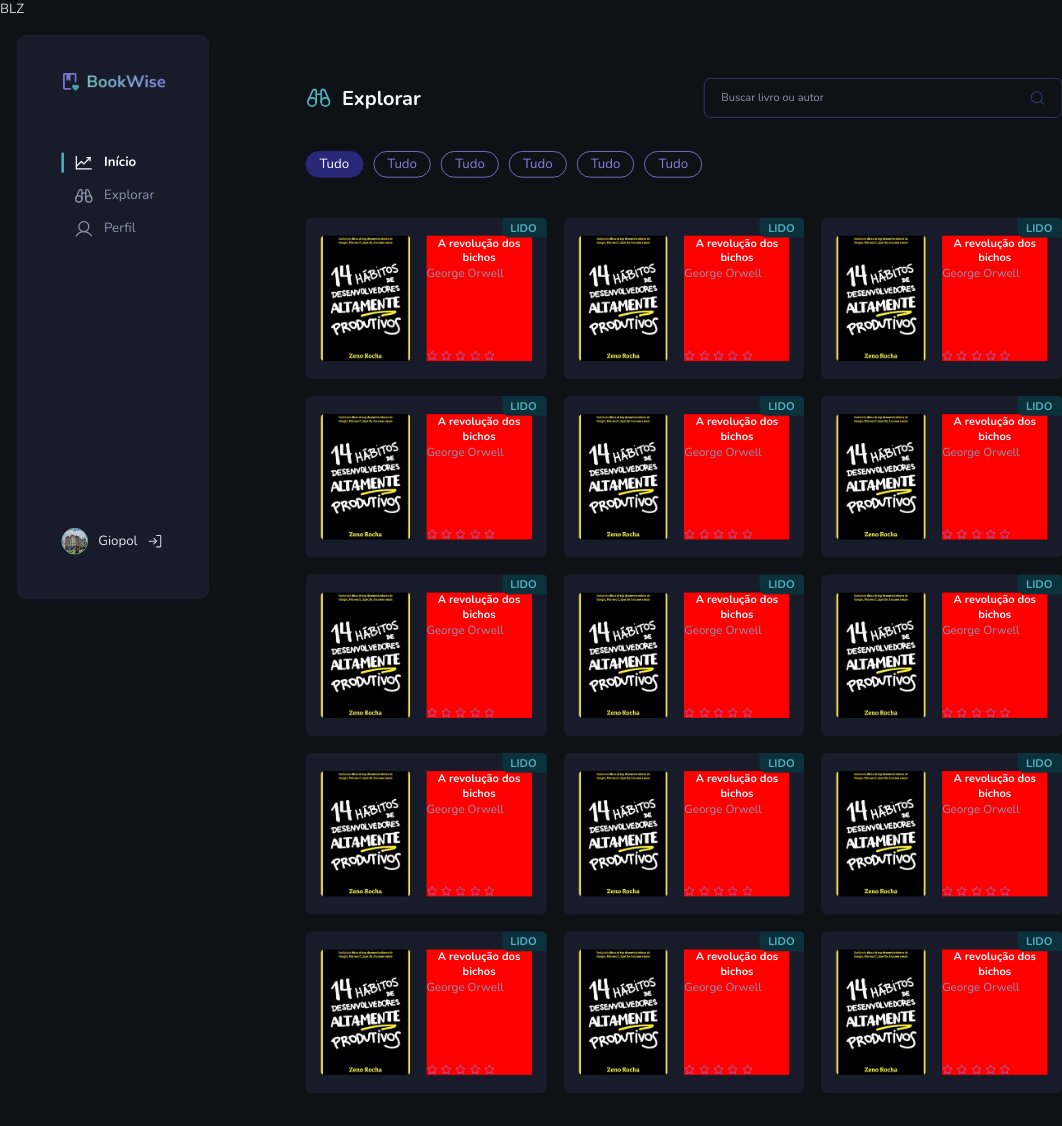
Repository: Giopol12/book-wise
Page: /explore/index.page
The author's editor kept a copy of each file at every save. The page is drawn from the files as they stood at one save, then again after a run of saves.
The browser window is 1280 px wide. The pictures show the whole page, at 83% of full size.
The project was rebuilt for these pictures with package versions that can differ from the ones it lists, and the page was loaded fresh each time. The framework's server and built-in components were replaced by stand-ins that run in the browser. Also part of the build but not shown: next.config.js, src/components/StarAssessment/styles.ts, src/components/StarAssessment/index.tsx.

Above is the page before, as saved 2023-10-31 10:34:42.

After the next 3 saves:
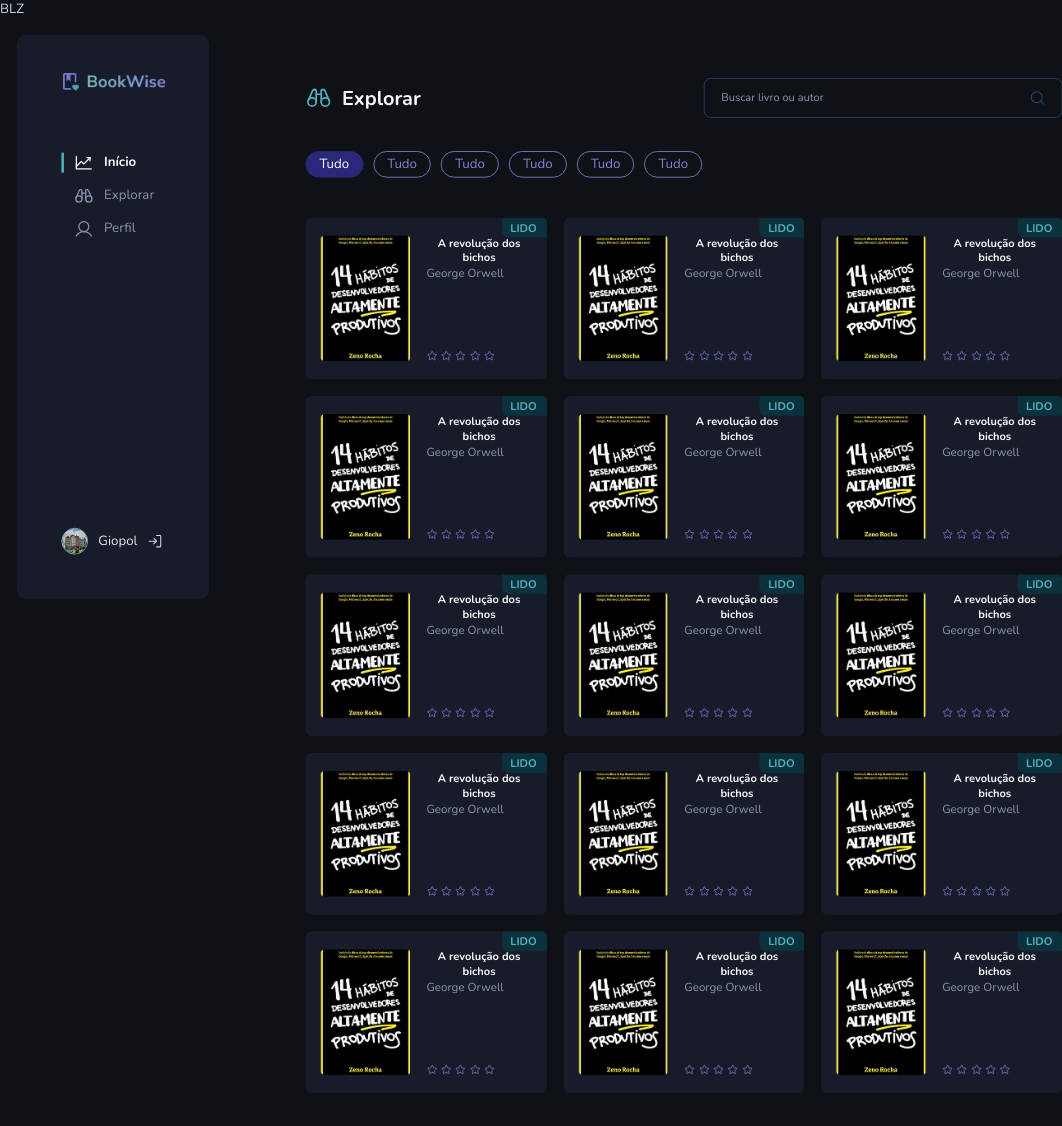
The 3 saves are shown as one change because they came seconds apart.
The last was saved 11 s later.
--- a/src/pages/explore/components/ExploreBookCard/styles.ts
+++ b/src/pages/explore/components/ExploreBookCard/styles.ts
@@ -22,7 +22,6 @@ export const ExploreBookCardContainer = styled(Dialog.Trigger, {
 export const DetailsContainer = styled('div', {
   display: 'flex',
   flexDirection: 'column',
-  background: 'red',
   height: '100%',
   justifyContent: 'space-between',
 })
